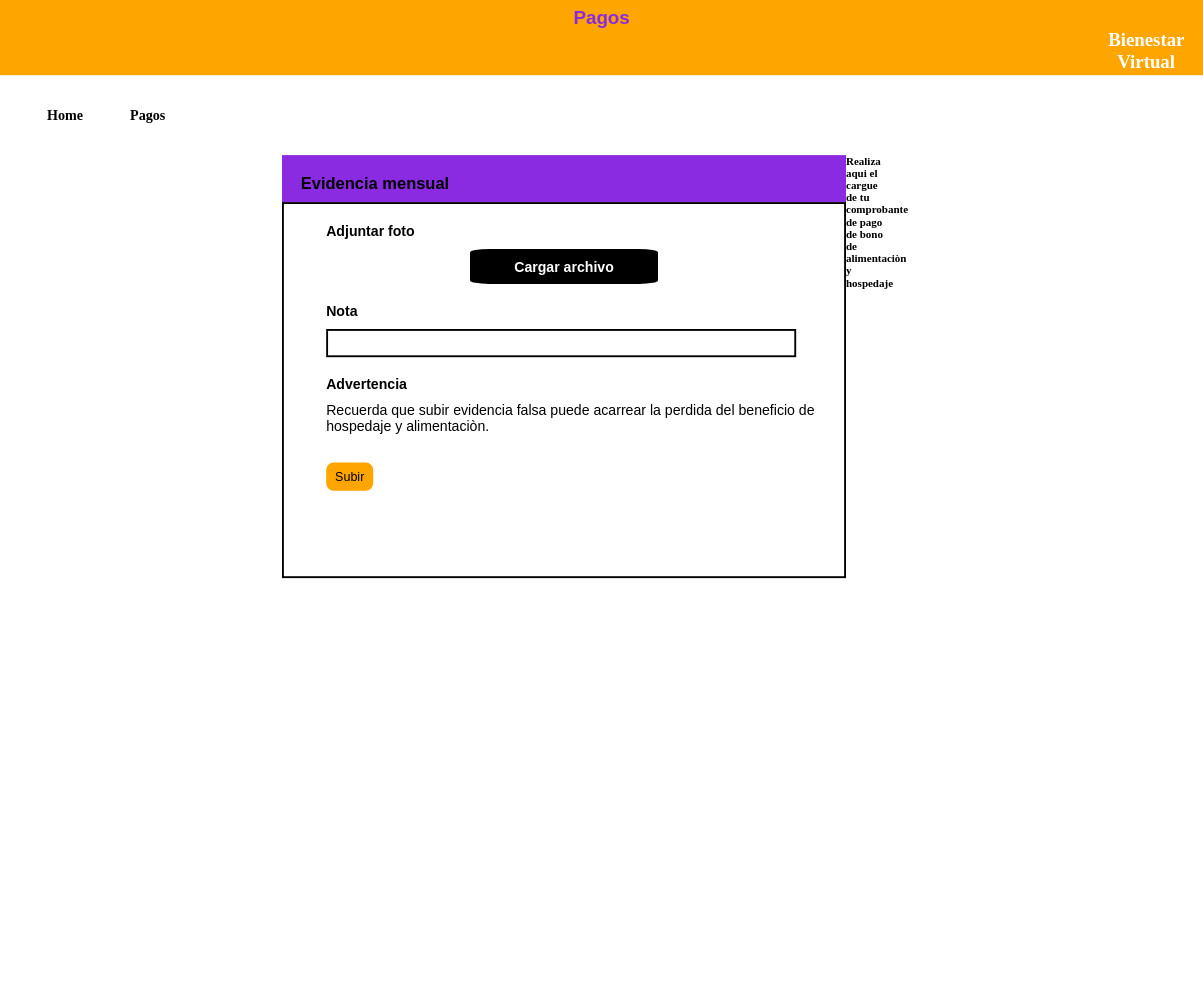
Repository: Diani123/Mis-actividades
Page: softwarebienestarinstitucional/pagos.html
An editor plug-in stored every save of this project. The page is shown before and after a run of saves, followed by the edit.
The browser window is 1280 px wide. The pictures show the whole page, at 94% of full size.

Above is the page before, as saved 2023-02-12 20:32:44.

### softwarebienestarinstitucional/pagos.html
<!DOCTYPE html>
<html lang="en">
  <head>
    <meta charset="UTF-8" />
    <meta http-equiv="X-UA-Compatible" content="IE=edge" />
    <meta name="viewport" content="width=device-width, initial-scale=1.0" />
    <link rel="stylesheet" href="./pagos.css" />
    <title>Document</title>
  </head>
  <body>
    <header>
      <div class="Encabezado">
        <h2 class="title1">Pagos</h2>
        <h2 class="title2">Bienestar</h2>
        <h2 class="title3">Virtual</h2>
      </div>
    </header>
    <div class="Items">
      <a href="./home.html" class="item"><h2 class="item-title">Home</h2></a>
      <a href="./pagos.html" class="item"><h2 class="item-title">Pagos</h2></a>
    </div>
    <div class="ContainerT">
      <div class="contenedor1">
      <div class="ContainerTitle">
        <h3 class="title4">Evidencia mensual</h3>
      </div>
      <div class="Container-dowload">
        <form
          action="../../form-result.php"
          method="post"
          enctype="multipart/form-data"
          target="_blank"
        >
          <p class="textt">Adjuntar foto</p>
          <br />

          <div class="custom-input-file col-md-6 col-sm-6 col-xs-6">
            <input
              type="file"
              id="fichero-tarifas"
              class="input-file"
              value=""
            />
            Cargar archivo
          </div>

          <p class="textt">Nota</p>
          <br />
          <section class="Section-nota">
            <input class="input3" type="text" name="" id="" />
          </section>
          <p class="textt">Advertencia</p>
          <br />
          <h2 class="advertencia">
            Recuerda que subir evidencia falsa puede acarrear la perdida del
            beneficio de hospedaje y alimentaciòn.
          </h2>
          <button class="boton">Subir</button>
        </form>
      </div>
      </div>
      <div class="contenedor2">
        <h3>Realiza aqui el cargue de tu comprobante de pago de bono de alimentaciòn y hospedaje</h3>
      </div>
    </div>

  </body>
</html>

### softwarebienestarinstitucional/pagos.css
* {
  margin: 0;
  padding: 0;
  box-sizing: border-box;
}
html {
  font-size: 62.5%;
}
html,
body {
  min-height: 100%;
}
.Encabezado {
  display: flex;
  flex-direction: column;
  width: 100%;
  height: 80px;
  background-color: orange;
}
.Items {
  display: flex;
  flex-direction: row;
  text-align: left;
  height: 50px;
  margin-top: 15px;
  margin-bottom: 20px;
}
.title1 {
  padding-top: 8px;
  text-align: center;
  font-size: 2rem;
  font-family: Arial, Helvetica, sans-serif;
  color: blueviolet;
}
.title2 {
  text-align: end;
  margin-right: 20px;
  font-size: 2rem;
  color: white;
}
.title3 {
  text-align: end;
  margin-right: 30px;
  font-size: 2rem;
  color: white;
  padding-top: px;
}
.item-title {
  padding-top: 20px;
  padding-left: 50px;
  color: black;
}
.item {
  text-decoration: none;
}
.item:hover {
  border-bottom: solid 2px orange;
  border-width: 2px;
}

.ContainerTitle {
  margin-left: 300px;
  height: 50px;
  width: 600px;
  background-color: blueviolet;
  padding-left: 20px;
  padding-top: 20px;
  font-size: 1.5rem;
  font-family: Arial, Helvetica, sans-serif;
}
.Container-dowload {
  margin-left: 300px;
  width: 600px;
  height: 400px;
  border: solid 2px black;
}
.ContainerT {
  display: grid;
  grid-template-columns: repeat(2, 1fr);
  grid-template-rows: repeat(2, 1fr);
  grid-column-gap: 0px;
  grid-row-gap: 0px;
}

.textt {
  margin-top: 20px;
  margin-left: 45px;
  font-size: 1.5rem;
  font-weight: 700;
  font-family: Arial, Helvetica, sans-serif;
}
.section1 {
  width: 500px;
  height: 80px;
  margin-left: 45px;
  border: solid 2px black;
  justify-content: center;
  align-items: center;
}

.input3 {
  width: 500px;
  height: 30px;
  margin-left: 45px;
  border: solid 2px black;
}
.advertencia {
  margin-left: 45px;
  font-weight: 100;
  font-family: Arial, Helvetica, sans-serif;
}
.boton {
  margin-top: 30px;
  margin-left: 45px;
  width: 50px;
  height: 30px;
  background-color: orange;
  border-radius: 8px;
  border: none;
  cursor: pointer;
}
.boton:hover {
  box-shadow: 0 0 20px blueviolet;
}
.custom-input-file {
  background-color: black;
  color: #fff;
  cursor: pointer;
  font-size: 1.5rem;
  font-weight: bold;
  margin: 0 auto 0;
  min-height: 15px;
  overflow: hidden;
  padding: 10px;
  position: relative;
  text-align: center;
  width: 200px;
  border-radius: 10%;
  font-family: Arial, Helvetica, sans-serif;
}

.custom-input-file .input-file {
  border: 10000px solid transparent;
  cursor: pointer;
  font-size: 10000px;
  margin: 0;
  opacity: 0;
  outline: 0 none;
  padding: 0;
  position: absolute;
  right: -1000px;
  top: -1000px;
}
.contenedor2{
  width: 40px;
  height: 50px;
  padd
}

After the next 3 saves:
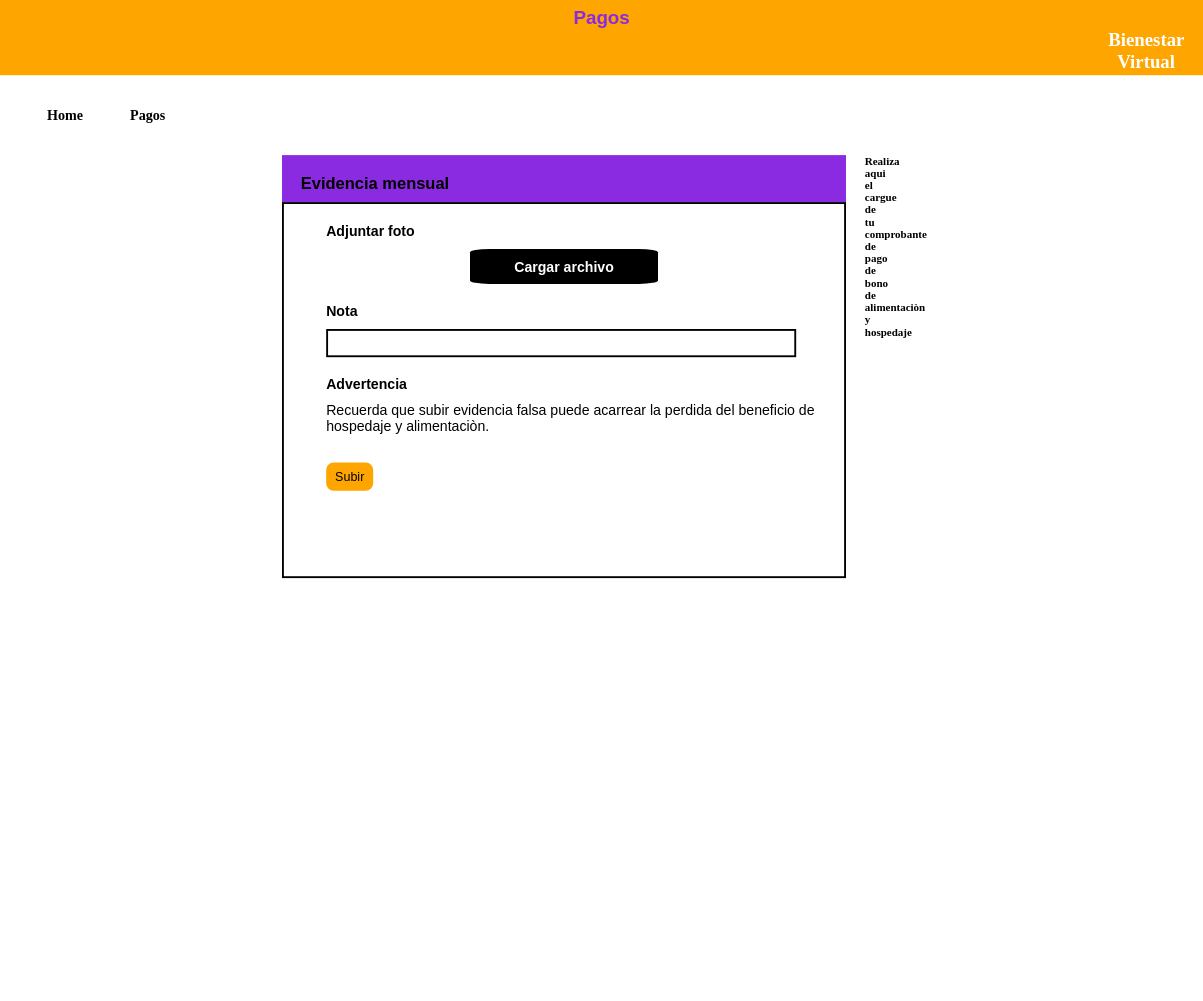
The 3 saves are shown as one change because they came seconds apart.
The last was saved 10 s later.
--- a/softwarebienestarinstitucional/pagos.css
+++ b/softwarebienestarinstitucional/pagos.css
@@ -154,5 +154,6 @@ body {
 .contenedor2{
   width: 40px;
   height: 50px;
-  padd
+  padding-left: 20px;
+
 }
